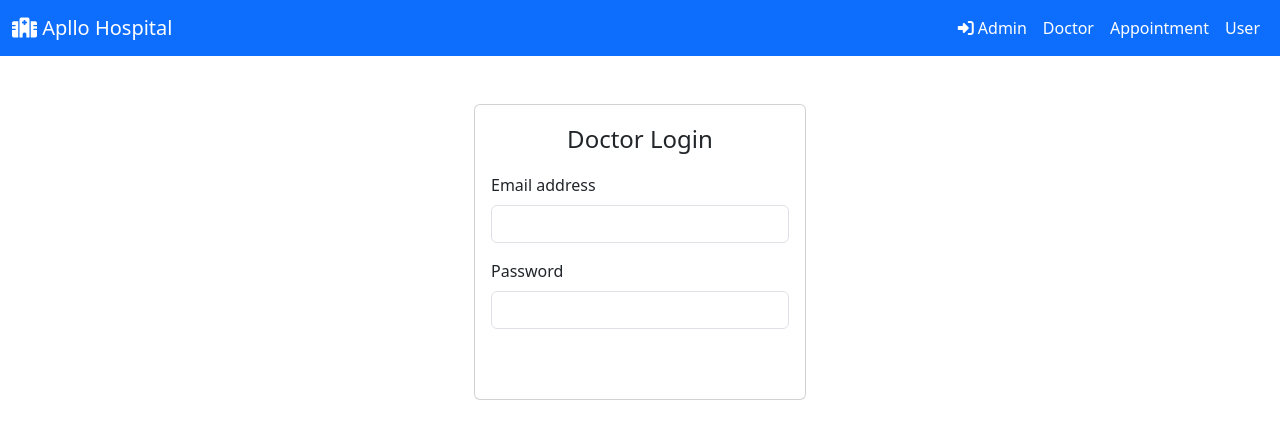
Repository: Subhadip09/Hospital-Management-System
Page: http://localhost/Hospital-Management-System/doctor_login.jsp
These files come from the project's save history. The page is drawn as it stood at one moment and after the next save; the edit follows.
The browser window is 1280 px wide. The pictures show the whole page.
The page is served by Tomcat 9. Other server files are loaded and not shown.

Above is the page before, as saved 2024-04-06 05:13:58.

### Hospital-Management-System/src/main/webapp/doctor_login.jsp
<%@ page language="java" contentType="text/html; charset=UTF-8"
	pageEncoding="UTF-8"%>
<!DOCTYPE html>
<html>
<head>
<meta charset="UTF-8">
<title>Doctor Login Page</title>
<%@include file="component/allcss.jsp"%>
</head>
<body>
	<%@include file="component/navbar.jsp"%>

	<div class="container p-5">
		<div class="row">
			<div class="col-md-4 offset-md-4">
				<div class="card paint-card">
					<div class="card-body">
						<p class="fs-4 text-center">Doctor Login</p>

						<form action="doclogin" method="post">
							<div class="mb-3">
								<label class="form-label">Email address</label> <input required
									name="email" type="email" class="form-control">
							</div>

							<div class="mb-3">
								<label class="form-label">Password</label> <input required
									name="password" type="password" class="form-control">
							</div>

							<button type="submit" class="btn bg-custom text-white col-md-12">Login</button>
						</form>
					</div>
				</div>
			</div>
		</div>
	</div>
</body>
</html>

### Hospital-Management-System/src/main/webapp/component/allcss.jsp
<link
	href="https://cdn.jsdelivr.net/npm/bootstrap@5.3.3/dist/css/bootstrap.min.css"
	rel="stylesheet"
	integrity="sha384-QWTKZyjpPEjISv5WaRU9OFeRpok6YctnYmDr5pNlyT2bRjXh0JMhjY6hW+ALEwIH"
	crossorigin="anonymous">

<link rel="stylesheet"
	href="https://cdnjs.cloudflare.com/ajax/libs/font-awesome/6.5.2/css/all.min.css"
	integrity="sha512-SnH5WK+bZxgPHs44uWIX+LLJAJ9/2PkPKZ5QiAj6Ta86w+fsb2TkcmfRyVX3pBnMFcV7oQPJkl9QevSCWr3W6A=="
	crossorigin="anonymous" referrerpolicy="no-referrer" />

<script
	src="https://cdn.jsdelivr.net/npm/bootstrap@5.3.3/dist/js/bootstrap.bundle.min.js"
	integrity="sha384-YvpcrYf0tY3lHB60NNkmXc5s9fDVZLESaAA55NDzOxhy9GkcIdslK1eN7N6jIeHz"
	crossorigin="anonymous"></script>

### Hospital-Management-System/src/main/webapp/component/navbar.jsp
<nav class="navbar navbar-expand-lg navbar-dark bg-primary">
	<div class="container-fluid">
		<a class="navbar-brand" href="index.jsp"><i class="fa-solid fa-hospital"></i> Apllo Hospital</a>
		<button class="navbar-toggler" type="button" data-bs-toggle="collapse"
			data-bs-target="#navbarSupportedContent"
			aria-controls="navbarSupportedContent" aria-expanded="false"
			aria-label="Toggle navigation">
			<span class="navbar-toggler-icon"></span>
		</button>
		<div class="collapse navbar-collapse" id="navbarSupportedContent">
			<ul class="navbar-nav ms-auto mb-2 mb-lg-0">

				<li class="nav-item"><a class="nav-link active"
					aria-current="page" href="admin_login.jsp"><i class="fa-solid fa-right-to-bracket"></i> Admin</a></li>

				<li class="nav-item"><a class="nav-link active"
					aria-current="page" href="doctor_login.jsp">Doctor</a></li>

				<li class="nav-item"><a class="nav-link active"
					aria-current="page" href="#">Appointment</a></li>

				<li class="nav-item"><a class="nav-link active"
					aria-current="page" href="user_login.jsp">User</a></li>


				<!-- <li class="nav-item dropdown"><a
					class="nav-link dropdown-toggle" href="#" role="button"
					data-bs-toggle="dropdown" aria-expanded="false"> Dropdown </a>
					<ul class="dropdown-menu">
						<li><a class="dropdown-item" href="#">Action</a></li>
						<li><a class="dropdown-item" href="#">Another action</a></li>
						<li><hr class="dropdown-divider"></li>
						<li><a class="dropdown-item" href="#">Something else here</a></li>
					</ul></li> -->


			</ul>
		</div>
	</div>
</nav>

After the next save:
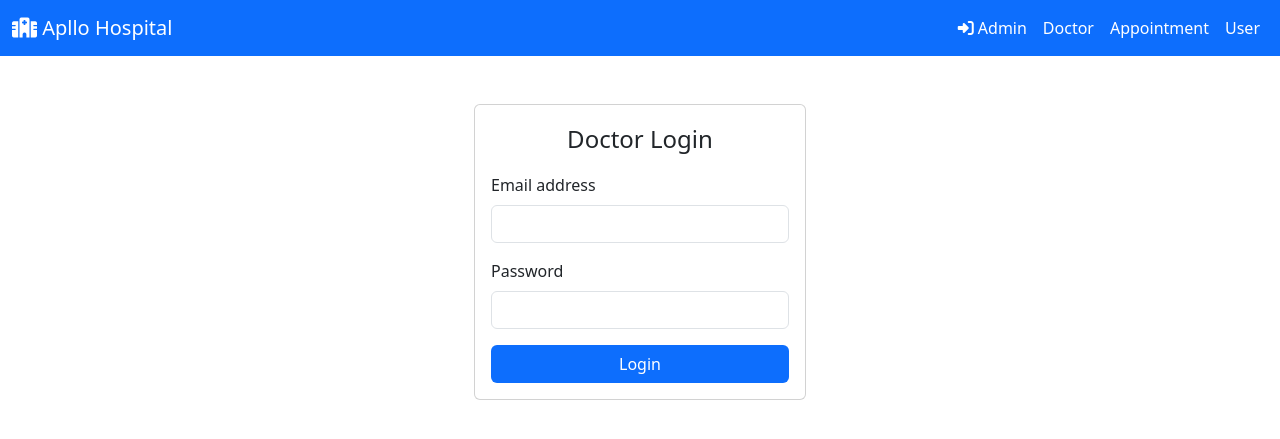
Saved 119 s later.
--- a/Hospital-Management-System/src/main/webapp/doctor_login.jsp
+++ b/Hospital-Management-System/src/main/webapp/doctor_login.jsp
@@ -17,7 +17,7 @@
 					<div class="card-body">
 						<p class="fs-4 text-center">Doctor Login</p>
 
-						<form action="doclogin" method="post">
+						<form action="#" method="post">
 							<div class="mb-3">
 								<label class="form-label">Email address</label> <input required
 									name="email" type="email" class="form-control">
@@ -28,7 +28,7 @@
 									name="password" type="password" class="form-control">
 							</div>
 
-							<button type="submit" class="btn bg-custom text-white col-md-12">Login</button>
+							<button type="submit" class="btn bg-primary text-white col-md-12">Login</button>
 						</form>
 					</div>
 				</div>
